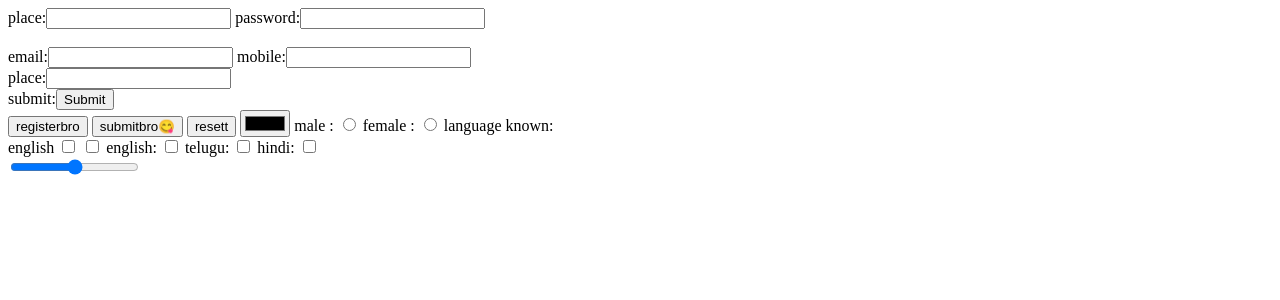
Repository: viveknaidu007/repo-113-HTML
Page: 9.html
An editor plug-in stored every save of this project. The page is shown before and after the next save, followed by the edit.
The browser window is 1280 px wide. The pictures show the whole page.

Above is the page before, as saved 2024-06-14 22:54:52.

After the next save:
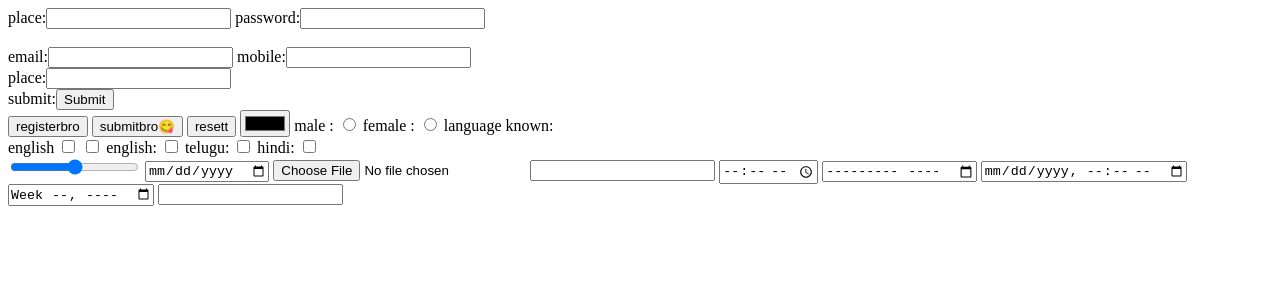
Saved 22 h 27 min later.
--- a/9.html
+++ b/9.html
@@ -27,6 +27,15 @@
             hindi: <input type="checkbox"> <br>
 
             <input type="range">
+            <input type="date">
+            <input type="file">
+            <input type="search">
+            <input type="time">
+            <input type="month">
+            <input type="datetime-local">
+            <input type="week">
+            <input type="url">
+
         </form>
     </body>
 </html>
